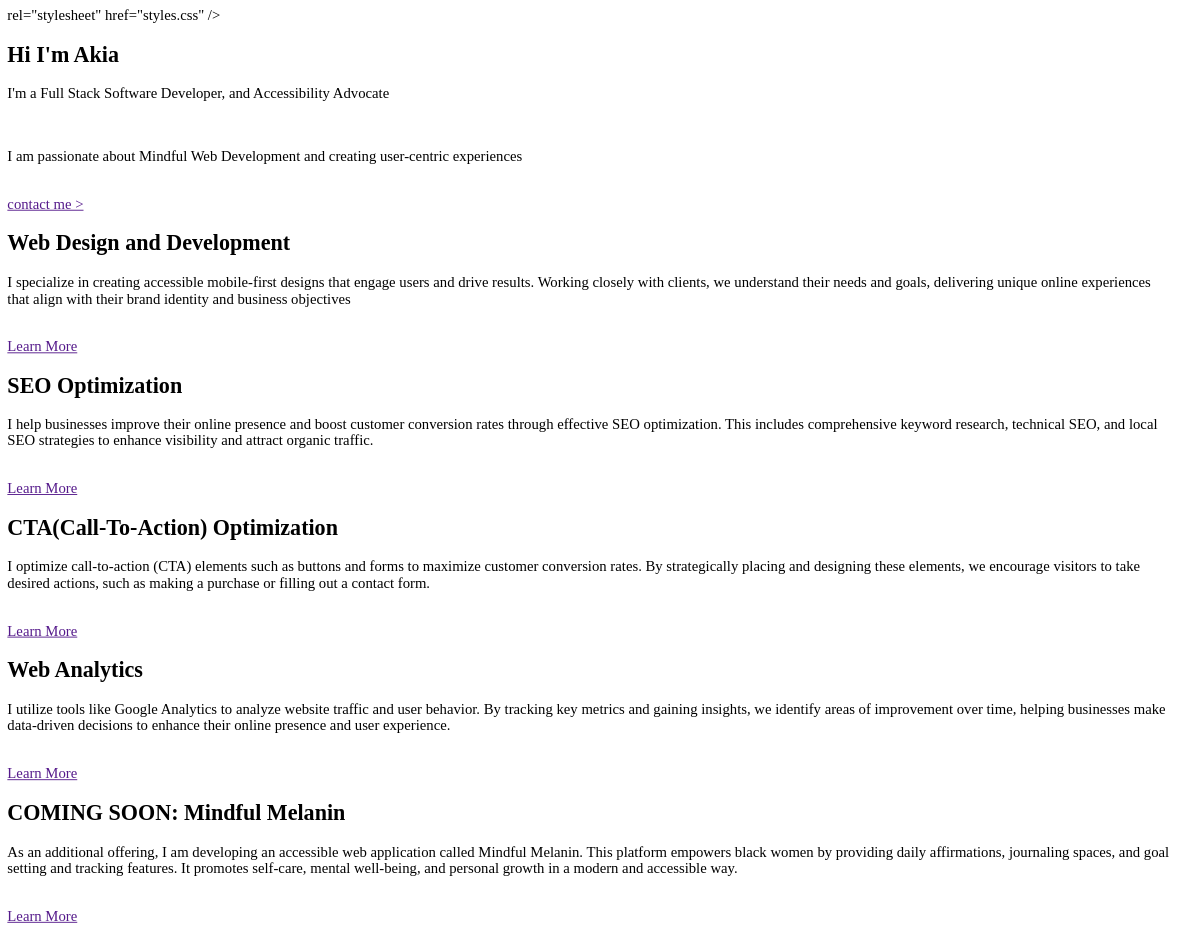
Repository: akiachenise/akiachenise.github.io
Page: index.html
These files come from the project's save history. The page is drawn as it stood at one moment and after the next save; the edit follows.
The browser window is 1280 px wide. The pictures show the whole page, at 92% of full size.

Above is the page before, as saved 2023-06-08 14:05:42.

### index.html
<!DOCTYPE html>
<html lang = "en">
<head>
     <meta charset="utf-8" />
     <title>Developed By Akia</title>
     <link> rel="stylesheet" href="styles.css" />
     <meta name="viewport" content="width=device-width, initial-scale=1">

</head>
<body>
    <header>
        <div class="switch">
            <div class="flicker"></div>
            <div class="moon"></div>
        </div>
    </header>

    <section class="main">
        <div class="main-text">
            <h1>Hi I'm Akia</h1>
            <p>I'm a Full Stack Software Developer, and Accessibility Advocate</p>
            <br/>
            <p>I am passionate about Mindful Web Development and creating user-centric experiences</p>
            <br/>
            <a href="">contact me ></a>
        </div>

        </section>
    <section class="sub-section">
        <div class="square">
            <h2>Web Design and Development</h2>
            <p>I specialize in creating accessible mobile-first designs that engage users and drive results. Working closely with clients, we understand their needs and goals, delivering unique online experiences that align with their brand identity and business objectives</p>
            </br>
            <a href="">Learn More</a>
            <h2>SEO Optimization</h2>
            <p>I help businesses improve their online presence and boost customer conversion rates through effective SEO optimization. This includes comprehensive keyword research, technical SEO, and local SEO strategies to enhance visibility and attract organic traffic.</p>
            </br>
            <a href="">Learn More</a>
            <h2>CTA(Call-To-Action) Optimization</h2>
            <p>I optimize call-to-action (CTA) elements such as buttons and forms to maximize customer conversion rates. By strategically placing and designing these elements, we encourage visitors to take desired actions, such as making a purchase or filling out a contact form.</p>
            </br>
            <a href="">Learn More</a>
            <h2>Web Analytics</h2>
            <p>I utilize tools like Google Analytics to analyze website traffic and user behavior. By tracking key metrics and gaining insights, we identify areas of improvement over time, helping businesses make data-driven decisions to enhance their online presence and user experience.</p>
            </br>
            <a href="">Learn More</a>
            <h2>COMING SOON: Mindful Melanin</h2>
            <p>As an additional offering, I am developing an accessible web application called Mindful Melanin. This platform empowers black women by providing daily affirmations, journaling spaces, and goal setting and tracking features. It promotes self-care, mental well-being, and personal growth in a modern and accessible way.</p>
            </br>
            <a href="">Learn More</a>





        </div>
    </section>


            <script src="scripts.js></script>
        </body>
    </html>

After the next save:
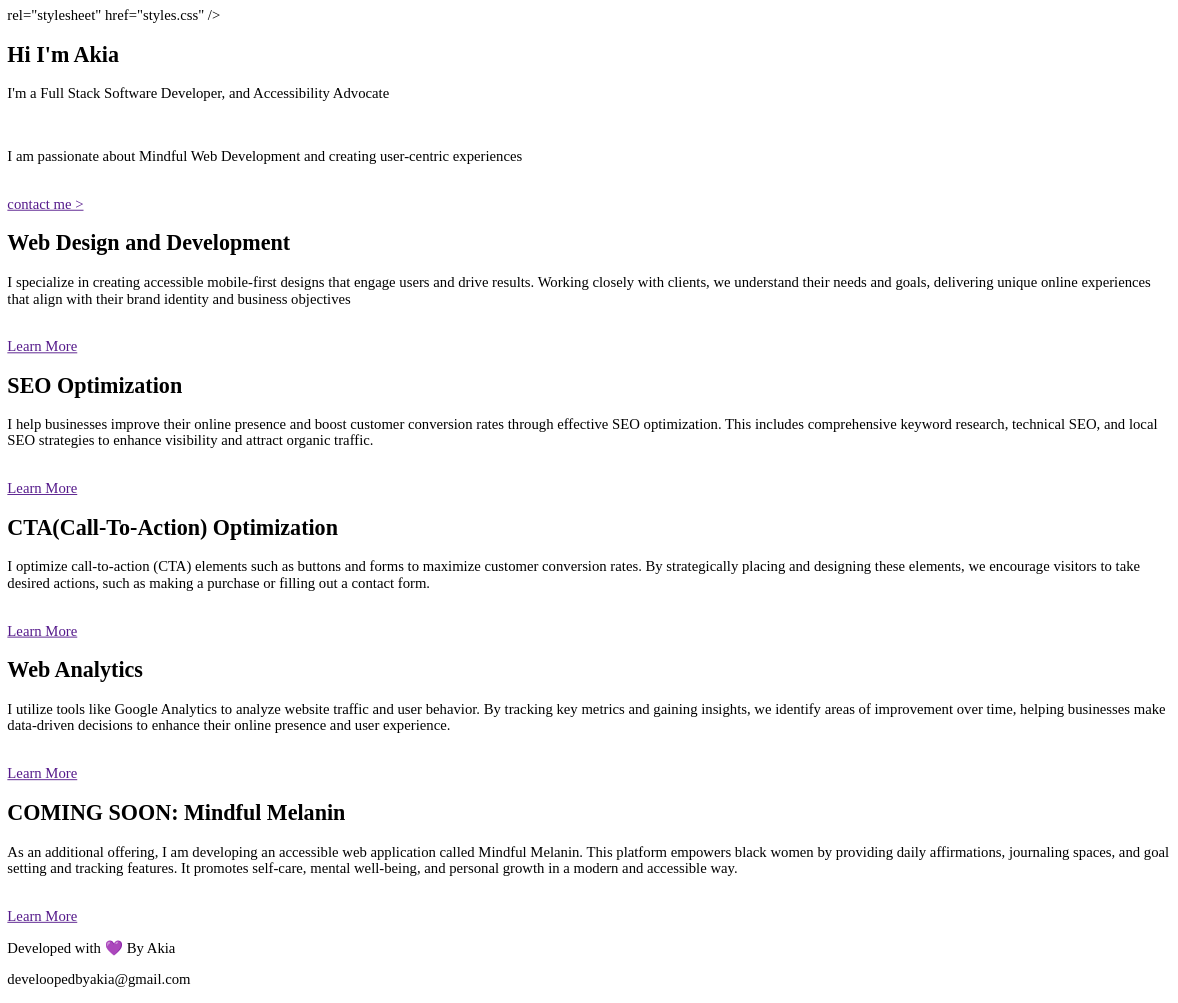
Saved 18 min 22 s later.
--- a/index.html
+++ b/index.html
@@ -49,13 +49,13 @@
             </br>
             <a href="">Learn More</a>
 
-
-
-
-
         </div>
     </section>
 
+        <footer>
+            <p> Developed with 💜 By Akia</p>
+            <p>develoopedbyakia@gmail.com</p>
+        </footer>
 
             <script src="scripts.js></script>
         </body>
